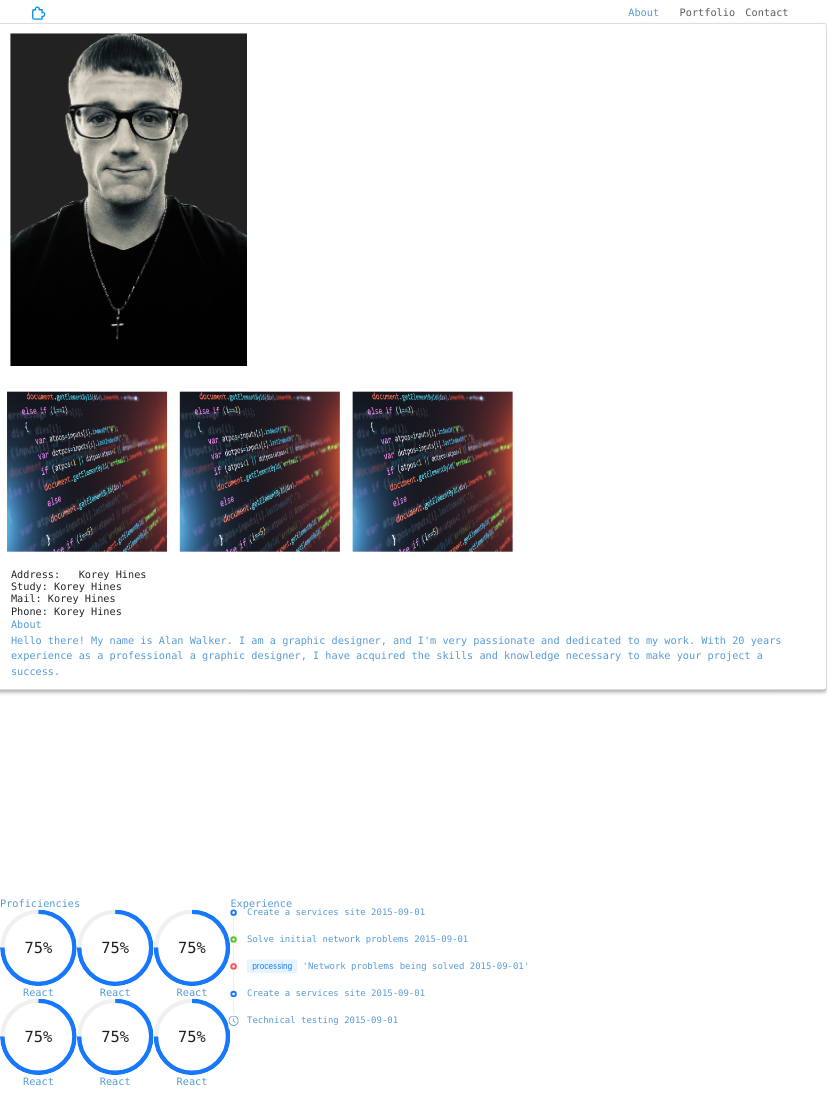
Repository: devkthines/next-portfolio-v2
Page: /about
These files come from the project's save history. The page is drawn as it stood at one moment and after the next save; the edit follows.
The browser window is 1280 px wide. The page is 1292 px wide, so the pictures cover 1292 px, including what lies to the right of the window. The pictures show the whole page, at 64% of full size.
The project was rebuilt for these pictures with package versions that can differ from the ones it lists, and the page was loaded fresh each time. The framework's server and built-in components were replaced by stand-ins that run in the browser. Also part of the build but not shown: next.config.js.

Above is the page before, as saved 2023-09-25 21:53:40.

### src/app/layout.tsx
import 'bootstrap/dist/css/bootstrap.css';
import './globals.css'
import '../../css/style.css'
import '../../css/mobile.css'
import type { Metadata } from 'next'
import { Inter } from 'next/font/google'
import TopNav from './components/topNav'
import Footer from './components/footer'
import BottomNav from './components/bottomNav'
// Put any other imports below so that CSS from your
// components takes precedence over default styles.
const inter = Inter({ subsets: ['latin'] })

export const metadata: Metadata = {
  title: "&lt;Korey ❤️ Coding/&gt;",
  description: 'Generated by create next app',
  icons: '/puzzle-piece.svg'
}

export default function RootLayout({
  children,
}: {
  children: React.ReactNode
}) {
  return (
    <html lang="en">
      <head>
        <link rel="shortcut icon" href="/puzzle-piece.svg" type="image/x-icon" />
      </head>
      <body className={inter.className}>
        <TopNav />
        {children}
        <Footer />
        <BottomNav />
      </body>
    </html>
  )
}

### src/app/about/page.js
'use client'
import Container from 'react-bootstrap/Container';
import Row from 'react-bootstrap/Row';
import Col from 'react-bootstrap/Col';
import Button from 'react-bootstrap/Button';
import Card from 'react-bootstrap/Card';
import { Progress, Space } from 'antd';
import { ClockCircleOutlined } from '@ant-design/icons';
import { Timeline } from 'antd';
import Image from 'next/image';
import { Descriptions } from 'antd';
import { Divider, Tag } from 'antd'
import {CaretRightOutlined} from '@ant-design/icons'
const items = [
  {
    key: '1',
    label: 'Name',
    children: 'Zhou Maomao',
  },
  {
    key: '2',
    label: 'Telephone',
    children: '209-366-9363',
  },
  {
    key: '3',
    label: 'Study',
    children: 'Software Engineering',
  },
  {
    key: '4',
    label: 'email',
    children: 'dev.kthines@gmail.com',
  },
  {
    key: '5',
    label: 'Address',
    children: 'Lodi, CA',
  },
];




export default function About() {

  return (
    <div id='about'>
      {/* <div> */}
        <Row>

            <Card id='aboutcard'>
          <Col id=''>
          {/* <div className='d-flex'> */}
            <Card.Img variant="top" id='aboutImg' src='/images/IMG-update.jpg' /> </Col>
          <Col><div id='aboutImgs' className='d-flex'>
             <div></div> <img  className='aboutImgs' src="/images/webstorm-vs-vscode.jpeg" alt="" />
              <img className='aboutImgs' src="/images/webstorm-vs-vscode.jpeg" alt="" />
              <img className='aboutImgs' src="/images/webstorm-vs-vscode.jpeg" alt="" />
            </div>
            </Col>
             {/* </div> */}
            <Card.Body>
              <h6>Address: &nbsp;  Korey Hines</h6>
              <h6>Study:  Korey Hines</h6>
              <h6>Mail:  Korey Hines</h6>
              <h6>Phone:  Korey Hines</h6> <span className='spanabout'>About</span>
              <p>Hello there! My name is Alan Walker. I am
                a graphic designer, and I'm very passionate and dedicated to my work.
                With 20 years experience as a professional a graphic designer,
                I have acquired the skills and knowledge necessary to make your project a success.</p>
            </Card.Body>
          </Card>

          <Col id='' className=''>
            <div id='abtTop' className='d-flex '><div>
            </div>
              <div className='d-flex'>

              </div>
            </div>
            <div id='abtBtm' className='d-flex'>
            <div>
              <h1>Proficiencies</h1>
              <div className='d-flex'>
                <div className='text-center'><Progress strokeLinecap="butt" type="circle" percent={75} /><h6>React</h6></div>
                <div className='text-center'><Progress strokeLinecap="butt" type="circle" percent={75} /><h6>React</h6></div>
                <div className='text-center'><Progress strokeLinecap="butt" type="circle" percent={75} /><h6>React</h6></div>
              </div>
              <div className='d-flex'>
                <div className='text-center'><Progress strokeLinecap="butt" type="circle" percent={75} /><h6>React</h6></div>
                <div className='text-center'><Progress strokeLinecap="butt" type="circle" percent={75} /><h6>React</h6></div>
                <div className='text-center'><Progress strokeLinecap="butt" type="circle" percent={75} /><h6>React</h6></div>
              </div>
            </div>
            <div> <h1>Experience</h1>
              <Timeline
                // mode="alternate"
                items={[
                  {
                    children: 'Create a services site 2015-09-01',
                  },
                  {
                    children: 'Solve initial network problems 2015-09-01',
                    color: 'green',
                  },
                  {
                    color: 'red',
                    children: <><Tag bordered={false} color="processing">
                      processing
                    </Tag>'Network problems being solved 2015-09-01'</>,
                  },
                  {
                    children: 'Create a services site 2015-09-01',
                  },
                  {
                    dot: <ClockCircleOutlined style={{ fontSize: '16px' }} />,
                    children: 'Technical testing 2015-09-01',
                  },
                ]}
              />
            </div>
            </div>
          </Col>
        </Row>
      {/* </div> */}
    </div>
  )
}

### css/style.css
* {
    box-sizing: border-box;
    margin: 0;
    padding: 0;
    font-family: Consolas, "Courier New", monospace;
    /* background-color: #222222; */
    color: #569cd6;

}

body {
    background-color: white;
}

.infoSection {
    /* width: 80vw; */
    height: 90vh;
    /* display: flex; */
    /* justify-content: center; */
    /* margin-bottom: 20vh; */
    background-color: #222222;
    border-bottom: 3px solid #569cd6;
}

#infoCol {
    display: flex;
    justify-content: center;
}

.aboutSection {
    /* width: 80vw; */
    padding-top: 100px;
    /* height: 70vh; */
    background: linear-gradient(#222222, rgb(24, 24, 24));
}

#portrait {
    width: 40vw;
    height: 80vh;
    /* border-radius: 0 0 2rem 2rem; */
}

#portraitCol {
    display: flex;
    justify-content: center;
}

#portrait:hover {
    transform: rotateX(180deg);
}

.imgTest {
    margin: 10px;
}

.imgTest:active {
    flex-grow: 10000;
    transform: scale(1);

    max-width: 600px;
    margin: 0px;
    border-radius: 40px;

    background-size: auto 100%;
}

.tab-content {
    height: 100% !important;
    margin-left: 25% !important;
}

/* .color-change{
    background-color: greenyellow;
} */
.noShow {
    display: none;
}

.buttonShow {
    display: block;
}

#tile1 {
    width: 700px;
    height: 500px;
}

#experience {
    padding-top: 50px;
    height: auto;
}

main {
    display: flex;
    flex-direction: column;
    justify-content: center;
    align-items: center;
}

.middle {
    transition: .5s ease;
    opacity: 0;
    position: absolute;
    top: 50%;
    left: 50%;
    transform: translate(-50%, -50%);
    -ms-transform: translate(-50%, -50%);
    text-align: center;
}

#imageTile1 {
    position: relative;
    width: 40vw;
    height: 70vh;
}

#tile1 {
    width: 100%;
    height: 100%;
}

#imageTile1:hover #tile1 {
    opacity: 0.3;
}

#imageTile1:hover .middle {
    opacity: 1;
}

.text {
    background-color: #04AA6D;
    color: white;
    font-size: 16px;
    padding: 16px 32px;
}

#no-expand {
    display: none;

}

#expandIt {
    display: block;
}

.no-Display {
    display: none;
}

.okToDisplay {
    display: block;
}

a.nav-link {
    color: #569cd6;
}


#topNav {
    background-color: white;
    display: none;
    /* position: fixed; */
    /* top: 0; */
    width: 100%;
    height: 5vh;
}

#footer {
    display: flex;
    justify-content: space-between;
    padding: 0 25px;
}

#bottomNav {
    display: flex;
    position: fixed;
    bottom: 0;
    width: 100%;
    background-color: white;
    font-size: 16px;
}
#about{
    /* margin-top: 10vh; */
    height: 90vh;
    /* overflow: hidden; */
}

#aboutImg{
    width: 400px;
    /* height: ; */
    padding: 15px 15px 30px;
}
#aboutcard{
    box-shadow: 0 4px 6px rgba(0, 0, 0, .3);
    /* height: fit-content; */
    /* width: 400px; */

}
.interests{
    width: 200px;
    height: 300px;
}
.interestImg{
    width: 200px;
    height: 200px;
}
#abtTop{
    height: 45vh;
}
#abtBtm{
    height: 45vh;
}
#abtLeft{
    /* width: 25vw; */
}
#abtRight{
    /* width: 75vw; */
}
.aboutImgs{
    width: 250px;
    height: 250px;
    margin: 10px;
}
#aboutImgs{

}
.spanabout ::after{
margin-left: 25px;
width: 5000px;
height: 1px;
background-color: #7d7789;
left: 100%;
top: 50%;
}

### css/mobile.css
@media screen and (min-width: 640px){

    /* background-color: green!important; */
    #portrait{
        width: 500px;
        height: 500px;
        /* border-radius: 0 0 2rem 2rem; */

    }

main{
    /* color: white!important; */
}
}
@media screen and (min-width: 768px){
#portraitCol{

    justify-content: start;
}
#infoCol{
    justify-content: end;
    /* text-align: end; */
}
}
@media screen and (min-width: 1024px){
    #portrait{
        width: 600px;
        height: 600px;
        /* border-radius: 0 0 2rem 2rem; */
    }
    #topNav{
        display:flex ;
    }
    #bottomNav{
        display: none;
    }
}
@media screen and (min-width: 1280px){

}
@media screen and (min-width: 1536px){

}

### src/app/components/topNav.js
'use client';
import Nav from 'react-bootstrap/Nav';
import Image from 'next/image';


export default function TopNav(){

    return(
        <header>
        {/* <Navbar id='topNav' className={`${color ? 'color-change' : ''}`} sticky='top' expand="lg" > */}

        <Nav id='topNav' variant="underline" defaultActiveKey="/home" className='d-flex justify-content-between'>
       <div className='ms-5'><Nav.Item>
          <Nav.Link href="/"><Image width={25} height={25} id='navbrand' src="/puzzle-piece.svg" alt="" /></Nav.Link>
        </Nav.Item></div>
        <div className='d-flex me-5'><Nav.Item className='px-3'>
          <Nav.Link href="/about">About</Nav.Link>
        </Nav.Item>
        <Nav.Item className='px-3'>
          <Nav.Link eventKey="disabled" disabled>
            Portfolio
          </Nav.Link>
        </Nav.Item>
        <Nav.Item>
          <Nav.Link eventKey="disabled" disabled>
            Contact
          </Nav.Link>
        </Nav.Item>
        </div>
      </Nav>
      </header>
    )
} ;

### src/app/components/footer.js
'use client'

import OverlayTrigger from 'react-bootstrap/OverlayTrigger';
import Card from 'react-bootstrap/Card';
import { AiFillGithub } from 'react-icons/ai';
import { GrLinkedinOption } from 'react-icons/gr';
import { MdVolunteerActivism } from 'react-icons/md';
import { IoLogoCss3 } from 'react-icons/io';
import { IoLogoJavascript } from 'react-icons/io';
import { CgGym } from 'react-icons/cg';
import { AiOutlineMail } from 'react-icons/ai';
import { AiOutlineFilePdf } from 'react-icons/ai';
import { BsFillPhoneFill } from 'react-icons/bs';
import { MdLocationOn } from 'react-icons/md';
import { SiUpwork } from 'react-icons/si';
// import PicOfMe from '/images/image_67220481.JPG'
import Container from 'react-bootstrap/Container';
import Row from 'react-bootstrap/Row';
import Col from 'react-bootstrap/Col';
import { useEffect } from 'react';
import Tooltip from 'react-bootstrap/Tooltip';
import $ from 'jquery'

 export default function Footer(){
    const btnName = {
        'gitHub': {
          'id': 1,
          "placement": "bottom",
          "info": "gitHub",
          "icon": <a href="https://github.com/devkthines" target='_blank'>
            <button className='quickLinks'><AiFillGithub /></button></a>
        },
        'linkedIn': {
          'id': 2,
          "placement": "bottom",
          "info": "linkedIn",
          "icon": <a href="https://www.linkedin.com/in/korey-hines-17b0a9263" target='_blank'><button className='quickLinks'><GrLinkedinOption />
          </button></a>
        },
        'gMaps': {
          'id': 3,
          "placement": "bottom",
          "info": "gMaps",
          "icon": <a href="https://goo.gl/maps/BovFkBEjUMQ6VBob9" target='_blank'>
            <button className='quickLinks'><MdLocationOn /></button></a>
        },
        'gMail': {
          'id': 4,
          "placement": "bottom",
          "info": "gMail",
          "icon": <a href="mailto:dev.kthines@gmail.com"><button className='quickLinks'><AiOutlineMail /></button></a>
        },
        'upWork': {
          'id': 5,
          "placement": "bottom",
          "info": "upWork",
          "icon": <a href="https://www.upwork.com/freelancers/~01ae4feb16c6fa7213?viewMode=1" target='_blank'>
            <button className='quickLinks'><SiUpwork /></button></a>
        },
        'redPDF': {
          'id': 6,
          "placement": "bottom",
          "info": "resume",
          "icon": <a className='aLink' target="_blank" href="/files/hinesResume.pdf">
            <button className='quickLinks'><AiOutlineFilePdf /></button></a>
        },
        'phone': {
          'id': 7,
          "placement": "bottom",
          "info": "phone",
          "icon": <a href="tel:2093669363" >  <button className='quickLinks'><BsFillPhoneFill /></button></a>
        }
      }
    return(
        <>
        <footer id='footer'><p>Copyright 2023- Korey Hines</p>
       <div> {Object.entries(btnName).map(([k, v]) => (
                <div className='d-inline-block' key={v.id}>
                  <OverlayTrigger
                    trigger="hover"
                    key={v.id}
                    placement={v.placement}
                    overlay={

                      <Tooltip id={`tooltip-${v.placement}`}>
                        {v.info}
                      </Tooltip>
                    }
                  >
                    {v.icon}
                  </OverlayTrigger>
                </div>))}
</div>
        </footer>
        </>
    )
 }

### src/app/components/bottomNav.js
'use client'
import Nav from 'react-bootstrap/Nav';
import Image from 'next/image';
export default function BottomNav(){

    return(
        <>
        <Nav id='bottomNav' className="justify-content-center" activeKey="/home">
        <Nav.Item>
          <Nav.Link href="/"><Image width={25} height={25} id='navbrand' src="/puzzle-piece.svg" alt="" /></Nav.Link>
        </Nav.Item>
        <Nav.Item>
          <Nav.Link eventKey="link-1">About</Nav.Link>
        </Nav.Item>
        <Nav.Item>
          <Nav.Link eventKey="link-2">Portfolio</Nav.Link>
        </Nav.Item>
        <Nav.Item>
          <Nav.Link eventKey="disabled" disabled>
            Contact
          </Nav.Link>
        </Nav.Item>
      </Nav>
        </>
    )
}

Loaded but not shown: src/app/globals.css (common file); tailwind.config.ts (common file)

After the next save:
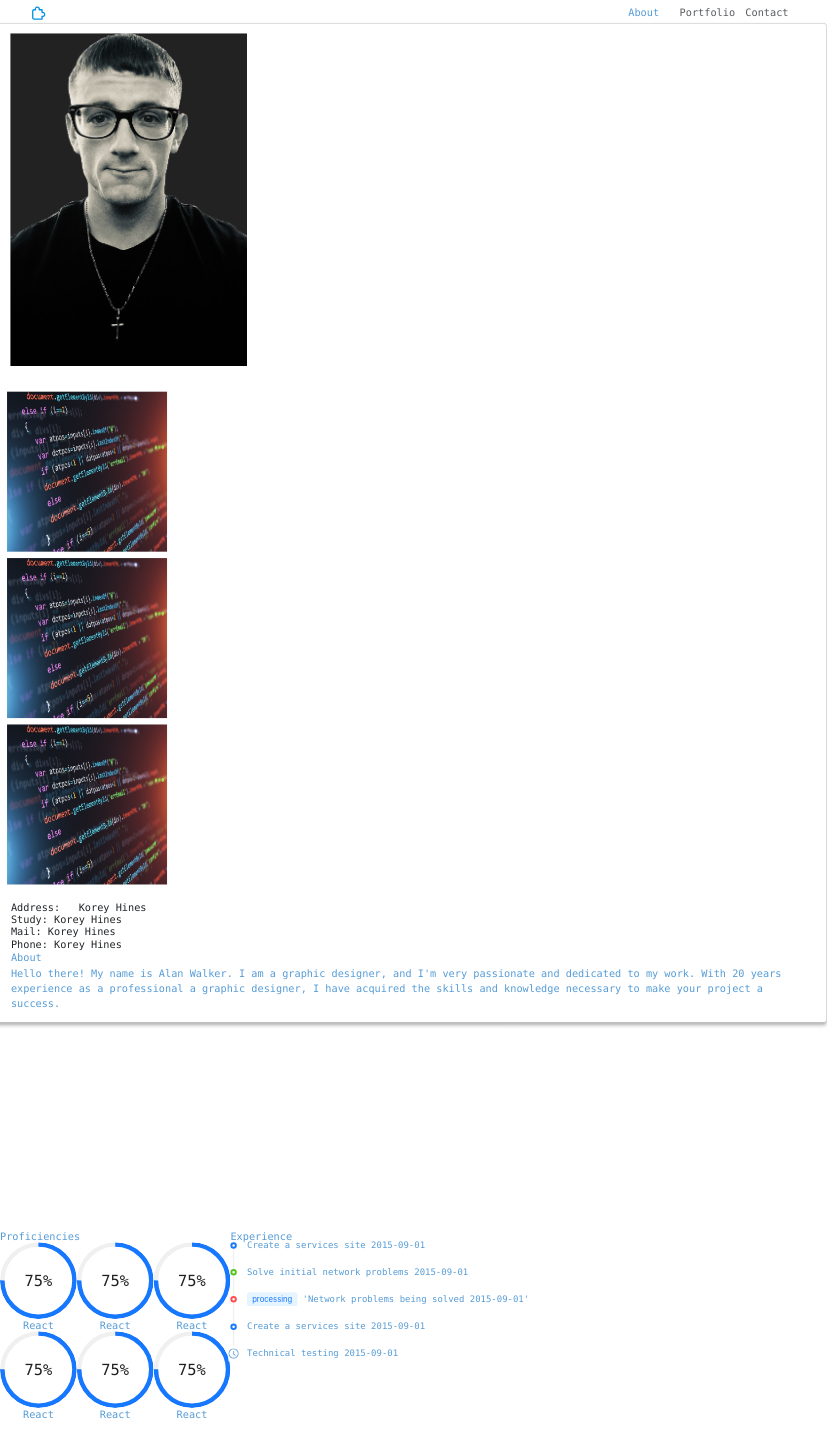
Saved 4 s later.
--- a/src/app/about/page.js
+++ b/src/app/about/page.js
@@ -54,9 +54,9 @@
           {/* <div className='d-flex'> */}
             <Card.Img variant="top" id='aboutImg' src='/images/IMG-update.jpg' /> </Col>
           <Col><div id='aboutImgs' className='d-flex'>
-             <div></div> <img  className='aboutImgs' src="/images/webstorm-vs-vscode.jpeg" alt="" />
+             <div> <img  className='aboutImgs' src="/images/webstorm-vs-vscode.jpeg" alt="" />
               <img className='aboutImgs' src="/images/webstorm-vs-vscode.jpeg" alt="" />
-              <img className='aboutImgs' src="/images/webstorm-vs-vscode.jpeg" alt="" />
+              <img className='aboutImgs' src="/images/webstorm-vs-vscode.jpeg" alt="" /></div>
             </div>
             </Col>
              {/* </div> */}

After the 2 saves that followed:
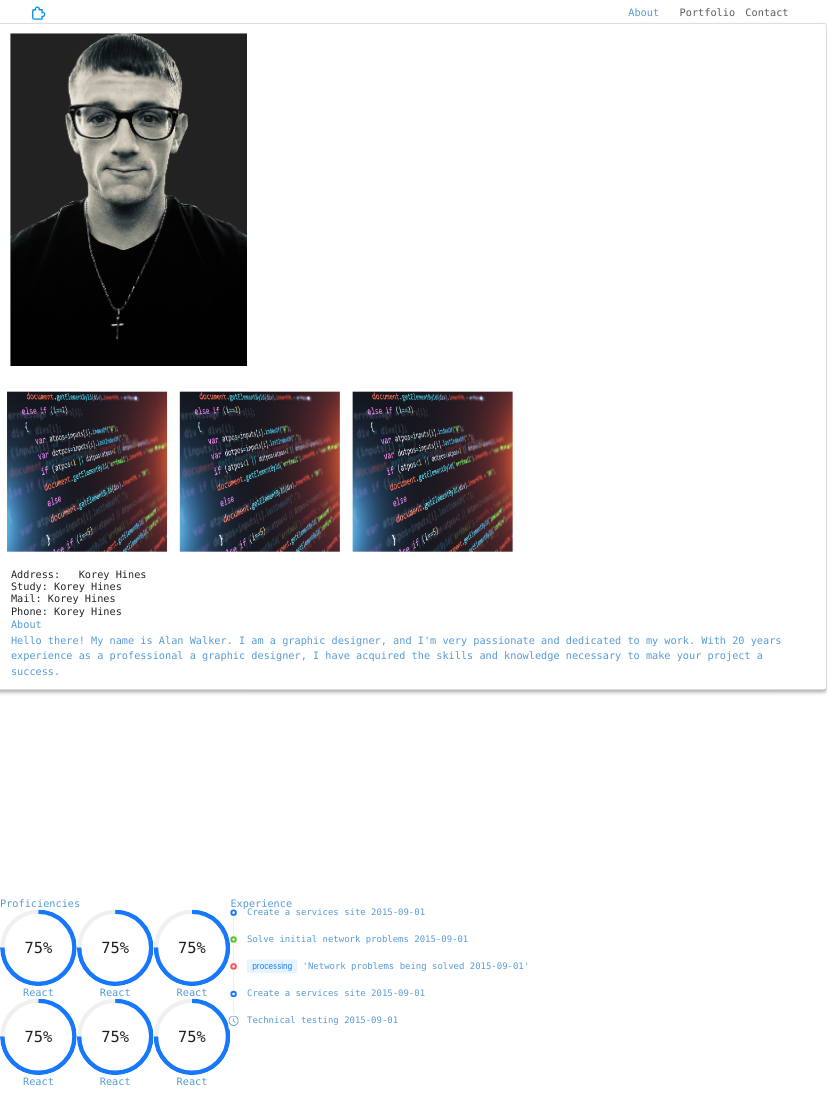
The 2 saves are shown as one change because they came seconds apart.
The last was saved 8 s later.
--- a/src/app/about/page.js
+++ b/src/app/about/page.js
@@ -53,8 +53,9 @@
           <Col id=''>
           {/* <div className='d-flex'> */}
             <Card.Img variant="top" id='aboutImg' src='/images/IMG-update.jpg' /> </Col>
-          <Col><div id='aboutImgs' className='d-flex'>
-             <div> <img  className='aboutImgs' src="/images/webstorm-vs-vscode.jpeg" alt="" />
+          <Col>
+             <div>
+               <div id='aboutImgs' className='d-flex'><img  className='aboutImgs' src="/images/webstorm-vs-vscode.jpeg" alt="" />
               <img className='aboutImgs' src="/images/webstorm-vs-vscode.jpeg" alt="" />
               <img className='aboutImgs' src="/images/webstorm-vs-vscode.jpeg" alt="" /></div>
             </div>
